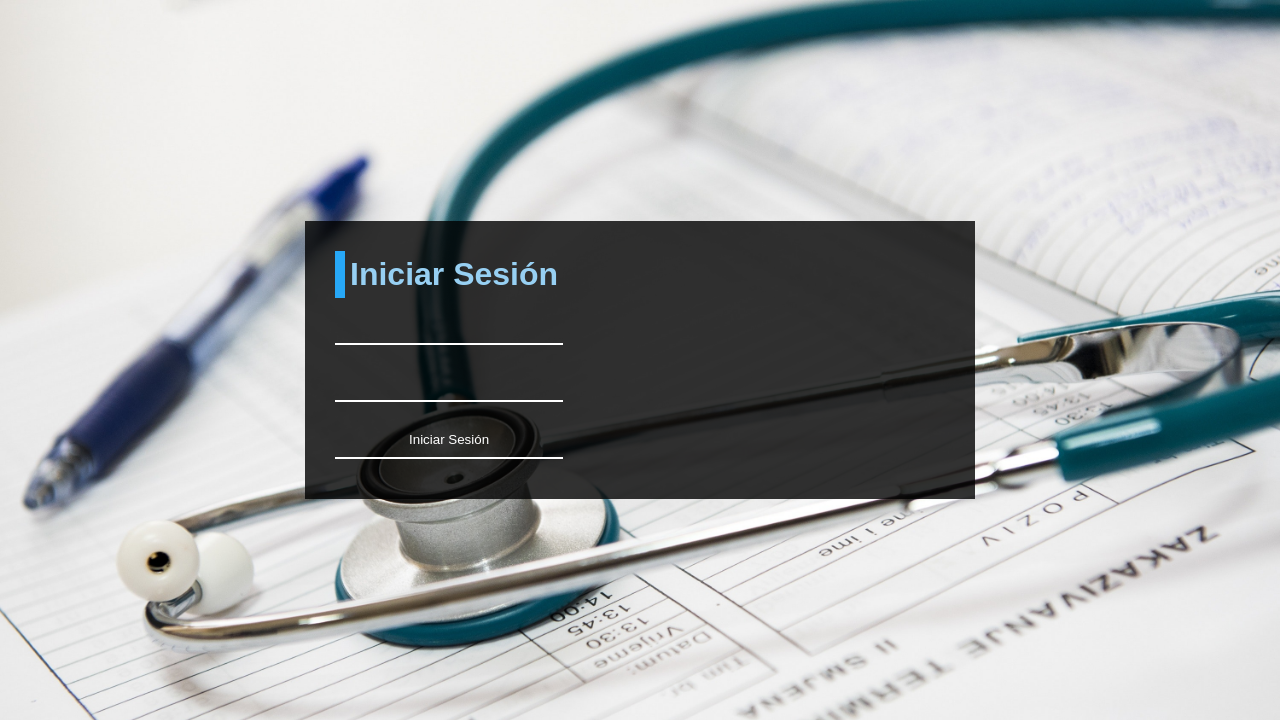
Repository: alejandropiuryp/clinica
Page: http://localhost/XE/login.php
The author's editor kept a copy of each file at every save. The page is drawn from the files as they stood at one save, then again after the next save.
The browser window is 1280 px wide. The pictures show the whole page.
Some web fonts or font styles are not loaded; a fallback is used. The page is run by PHP 8.4 with error messages shown; the project is at /var/www/html/.

Above is the page before, as saved 2020-05-10 14:26:43.

After the next save:
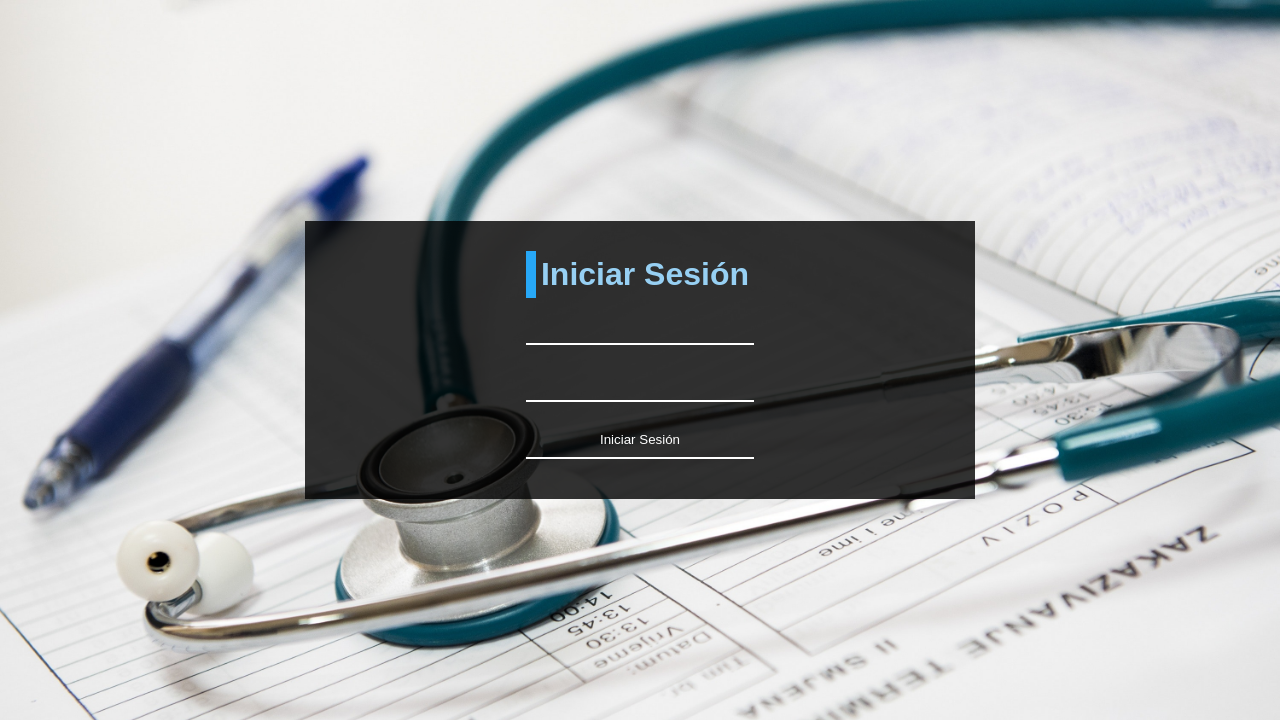
Saved 9 s later.
--- a/ClinicaReconocimiento/login.php
+++ b/ClinicaReconocimiento/login.php
@@ -11,7 +11,7 @@
 	<body>
 		<div class="contenedor">
 			<form action="login.php" method="post">
-				<div class = "columnas">
+				<div class = "columnas2">
 					<div class = "datos_contacto">
 						<h1>Iniciar Sesión</h1>
 						<input type="text" name="email" id="email" />
